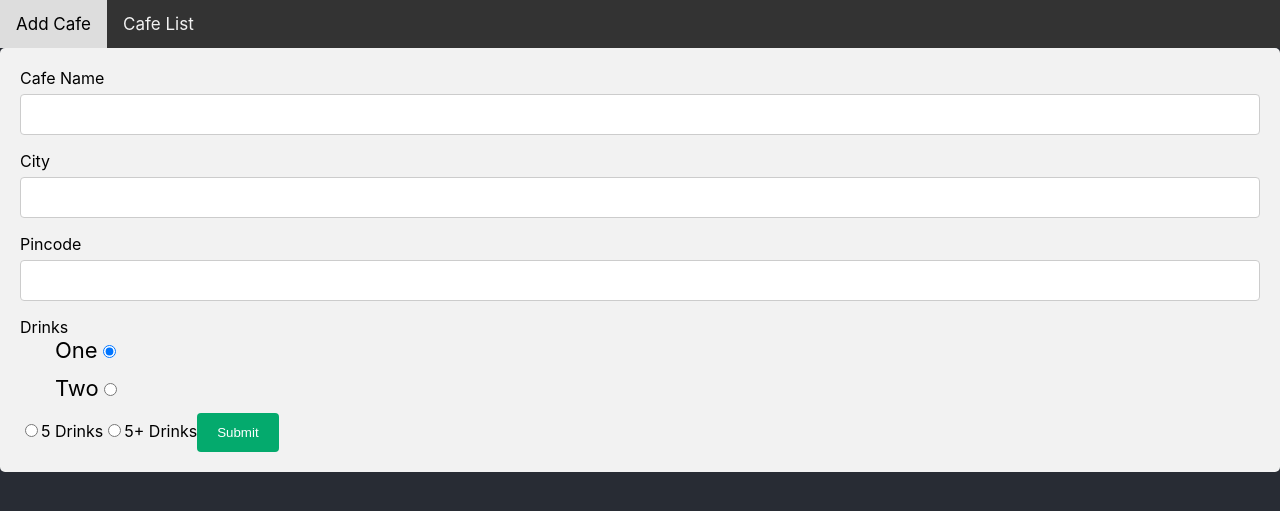
Repository: Surojd/project-cafe
Page: /add-cafe
The author's editor kept a copy of each file at every save. The page is drawn from the files as they stood at one save, then again after the next save.
The browser window is 1280 px wide. The pictures show the whole page.
The page's requests for data from a server got no answer. The project was rebuilt for these pictures with package versions that can differ from the ones it lists, and the page was loaded fresh each time. No one was signed in, and anything a server would have sent is missing. Also part of the build but not shown: src/cafe/CafeList.js.

Above is the page before, as saved 2021-09-01 13:44:50.

After the next save:
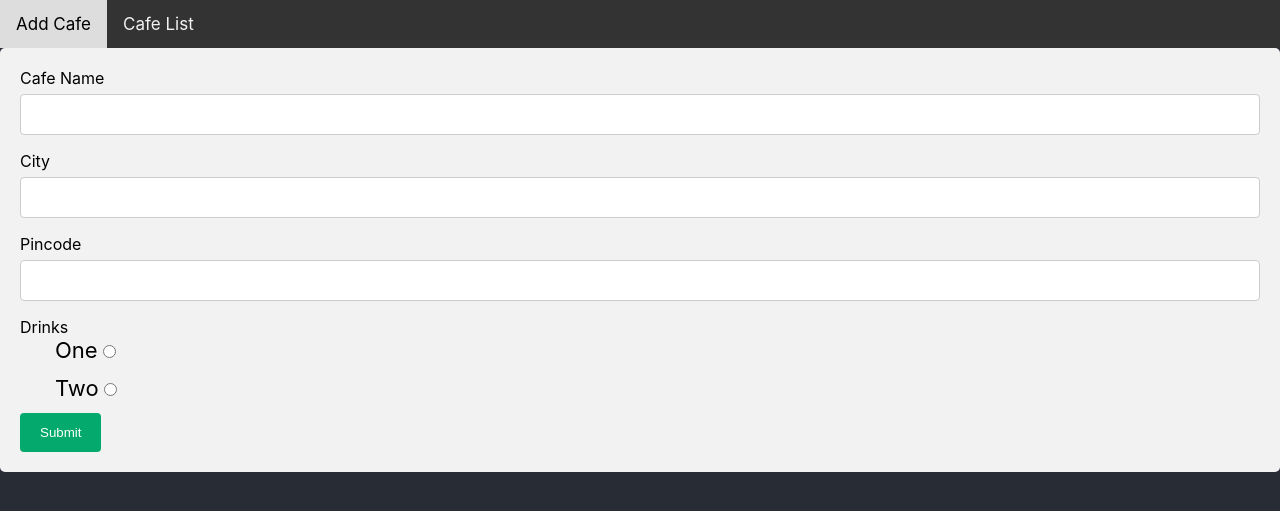
Saved 53 s later.
--- a/src/cafe/AddCafe.js
+++ b/src/cafe/AddCafe.js
@@ -68,24 +68,20 @@ export default function AddCafe() {
       ) : null}
       <label>Drinks</label>
       <label class="radio-label">One
-        <input type="radio" checked="checked" name="radio" />
+        <input
+          type='radio'
+          {...formik.getFieldProps('drinks')}
+          value="5 Drinks"
+        />
         <span class="checkmark"></span>
       </label>
-      <label class="radio-label">Two
-        <input type="radio" name="radio" />
-        <span class="checkmark"></span>
-      </label>
-
-      <input
-        type='radio'
-        {...formik.getFieldProps('drinks')}
-        value="5 Drinks"
-      />5 Drinks
-      <input
+      <label class="radio-label">Two<input
         type='radio'
         {...formik.getFieldProps('drinks')}
         value="5+ Drinks"
-      />5+ Drinks
+      />
+        <span class="checkmark"></span>
+      </label>
       {formik.touched.drinks && formik.errors.drinks ? (
         <div>{formik.errors.drinks}</div>
       ) : null}
